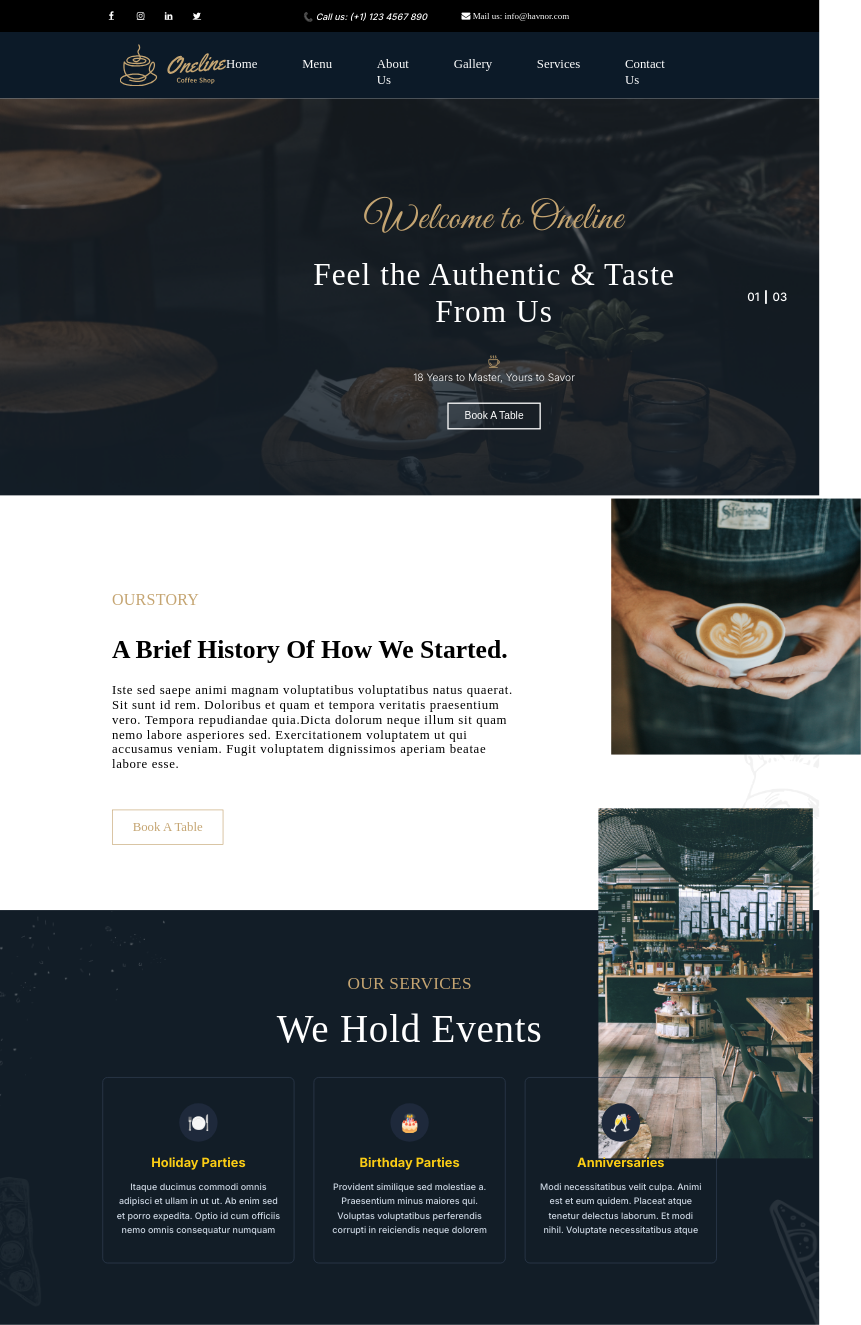
Repository: abhayzulasana/Online-Coffee-Shop
Page: index.html
These files come from the project's save history. The page is drawn as it stood at one moment and after the next save; the edit follows.
The browser window is 1280 px wide. The page is 1345 px wide, so the pictures cover 1345 px, including what lies to the right of the window. The pictures show the whole page, at 64% of full size.

Above is the page before, as saved 2025-05-21 17:24:30.

After the next save:
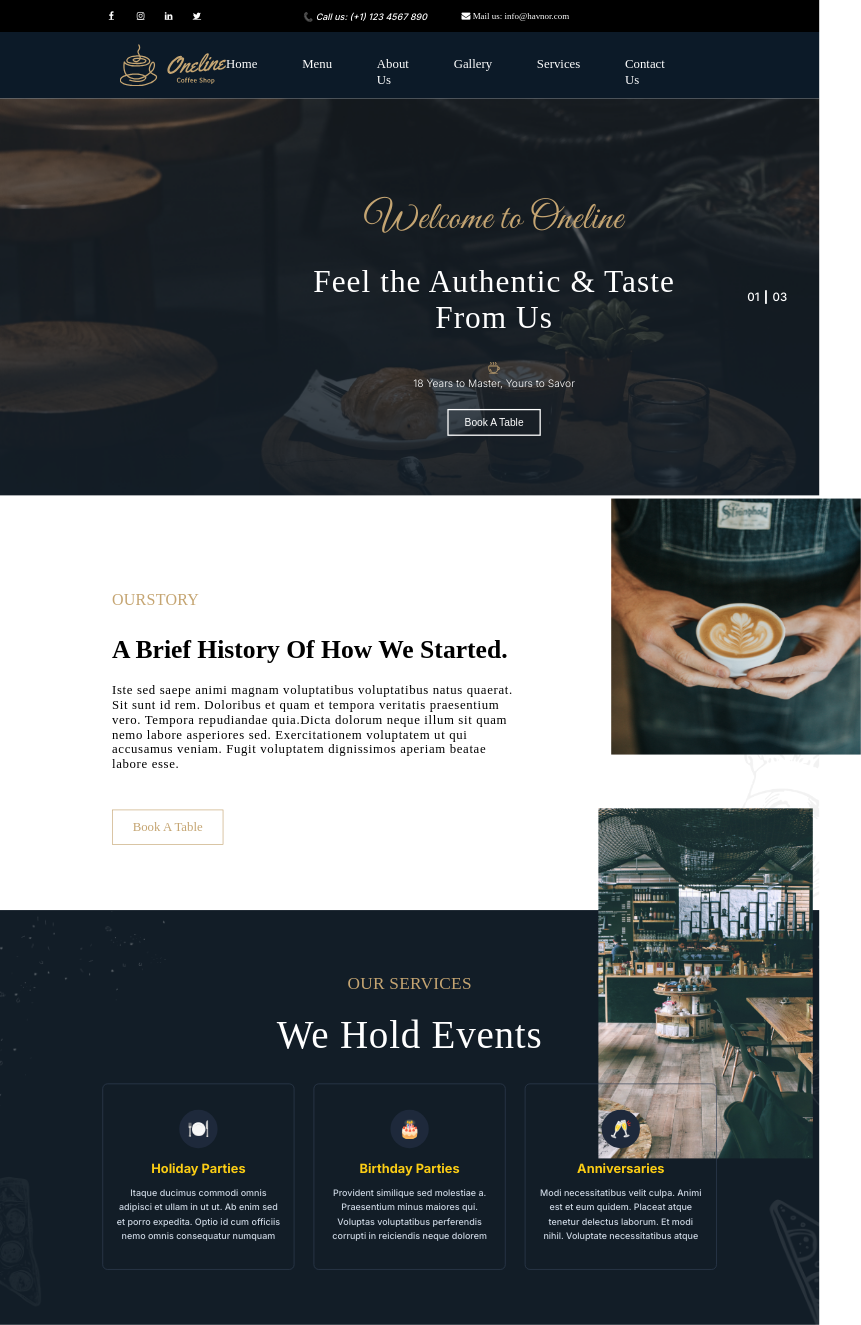
Saved 5 s later.
--- a/style.css
+++ b/style.css
@@ -297,7 +297,7 @@ opacity: 1;
 h1{
     font-size: 61px;
   font-weight: 500;
-  margin: 20px 0 40px;
+  margin: 30px 0 40px;
   letter-spacing: 1.2px;
   font-family: Bellefair;
 }
